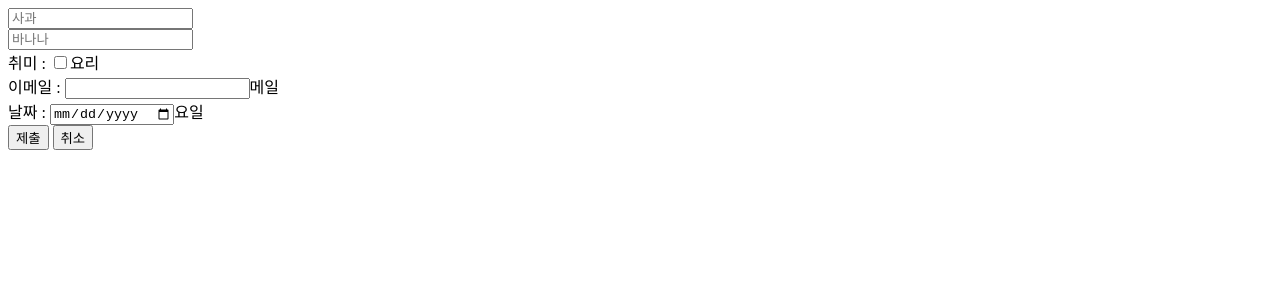
Repository: JongMin22/jsp.practice
Page: http://localhost/JSPBasic/JspObject/1.requests/req_param_sand.jsp
The author's editor kept a copy of each file at every save. The page is drawn from the files as they stood at one save, then again after the next save.
The browser window is 1280 px wide. The pictures show the whole page.
The page is served by Tomcat 9.

Above is the page before, as saved 2022-02-03 06:10:12.

### JSPBasic/src/main/webapp/JspObject/1.requests/req_param_sand.jsp
<%@ page language="java" contentType="text/html; charset=UTF-8"
    pageEncoding="UTF-8"%>
<!DOCTYPE html>
<html>
<head>
<meta charset="UTF-8">
<title>Insert title here</title>
</head>
<body>
<%-- 아래에 form을 만들고 내부에 input 4개를 만들어주세요.
input 태그의 속성은 하나는 text 하나는 password
name속성은 하나는 apple 하나는 banana로 해주세요
reset 버튼과 submuit 버튼도 하나씩 만들어주세요

form의 action이 바로 목적지를 적는 부분
웹개발에서는 받을 페이지 화면의 주소를 적어줍니다. --%>

<form action="req_param_getpost.jsp" method="get">
<input type=text name="apple" placeholder="사과"/><br/>
<input type=password name="banana" placeholder="바나나"/><br/>

취미 :
<input type="checkbox" name="hobby">요리&nbsp; </br>
이메일 :
<input type="email" name="email">메일&nbsp; </br>
날짜	 :
<input type="date" name="date">요일&nbsp; </br>
<input type=submit value="제출"/>
<input type=reset value="취소"/>

</form>

</body>
</html>

After the next save:
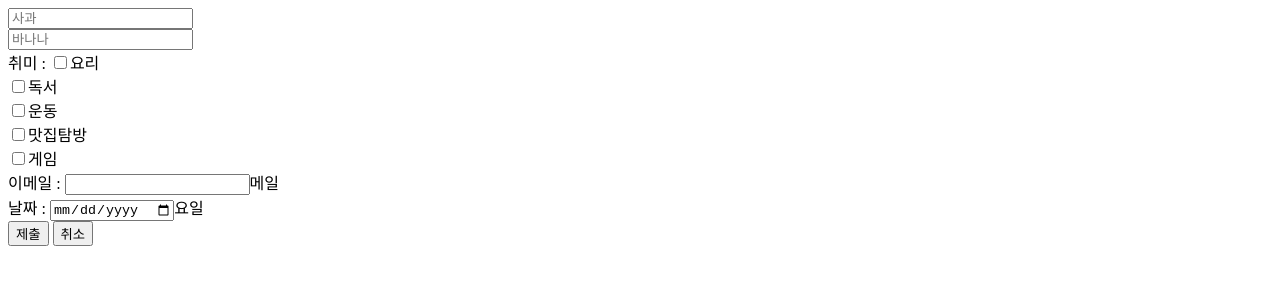
Saved 41 s later.
--- a/JSPBasic/src/main/webapp/JspObject/1.requests/req_param_sand.jsp
+++ b/JSPBasic/src/main/webapp/JspObject/1.requests/req_param_sand.jsp
@@ -21,6 +21,10 @@
 
 취미 :
 <input type="checkbox" name="hobby">요리&nbsp; </br>
+<input type="checkbox" name="hobby">독서&nbsp; </br>
+<input type="checkbox" name="hobby">운동&nbsp; </br>
+<input type="checkbox" name="hobby">맛집탐방&nbsp; </br>
+<input type="checkbox" name="hobby">게임&nbsp; </br>
 이메일 :
 <input type="email" name="email">메일&nbsp; </br>
 날짜	 :
